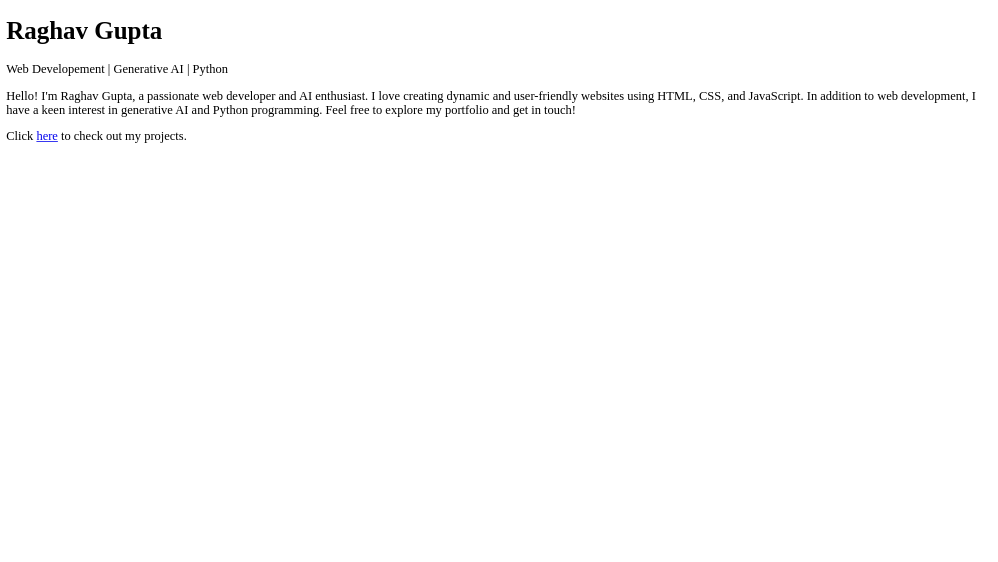
Repository: raghhavv03/html-css-practice
Page: task-3/index.html
These files come from the project's save history. The page is drawn as it stood at one moment and after a run of saves; the edit follows.
The browser window is 1280 px wide. The pictures show the whole page, at 78% of full size.

Above is the page before, as saved 2026-02-02 18:43:46.

After the next 3 saves:
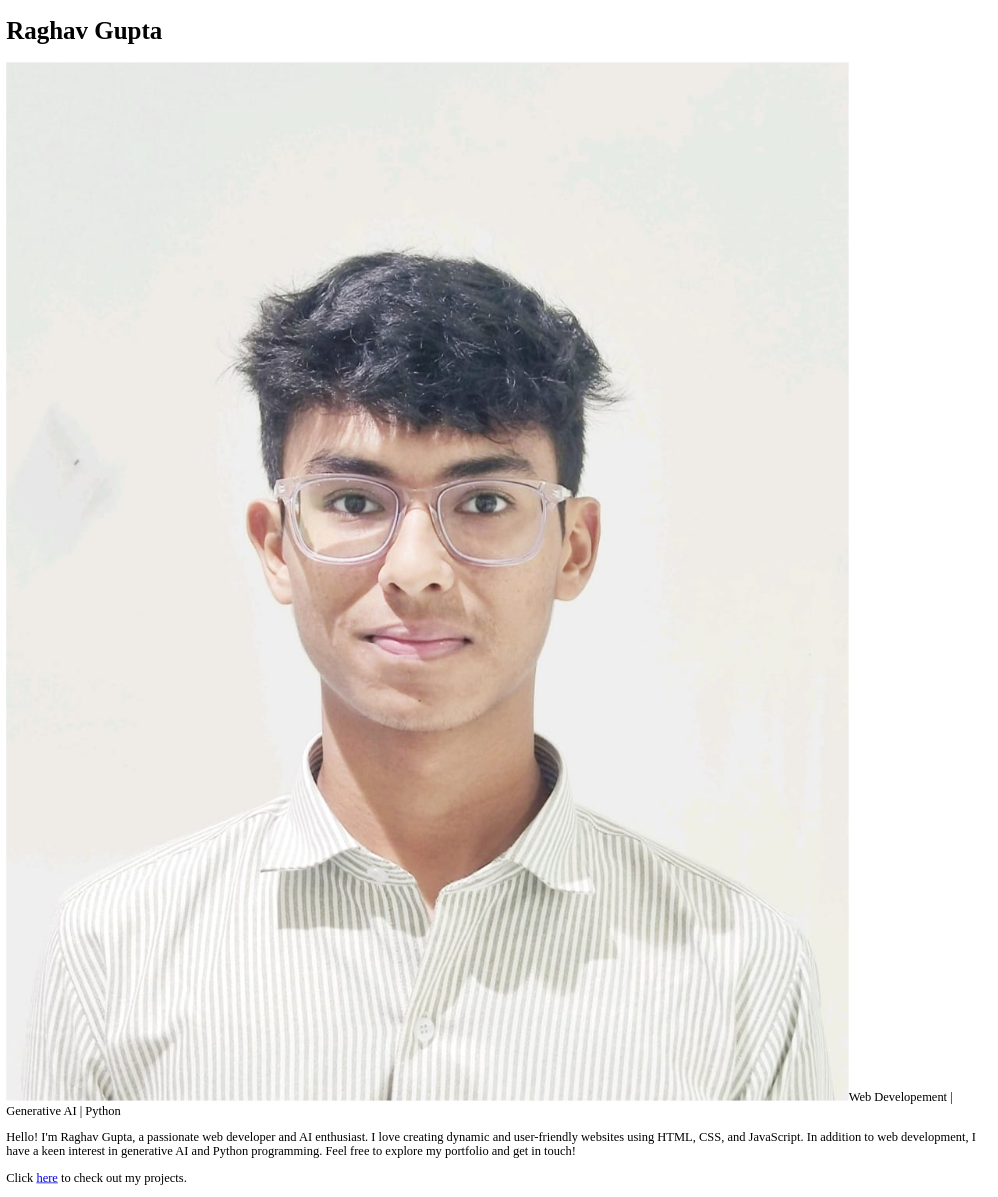
The 3 saves are shown as one change because they came seconds apart.
The last was saved 36 s later.
--- a/task-3/index.html
+++ b/task-3/index.html
@@ -5,7 +5,7 @@
 </head>
 <body>
     <h1>Raghav Gupta</h1>
-    <img src
+    <img src="./raghav-photo-1.jpg"
     <h2>Web Developement | Generative AI | Python</h2>
     <p>Hello! I'm Raghav Gupta, a passionate web developer and AI enthusiast. I love creating dynamic and user-friendly websites using HTML, CSS, and JavaScript. In addition to web development, I have a keen interest in generative AI and Python programming. Feel free to explore my portfolio and get in touch!</p>
     <p>Click <a href="work.html">here</a> to check out my projects.</p>
